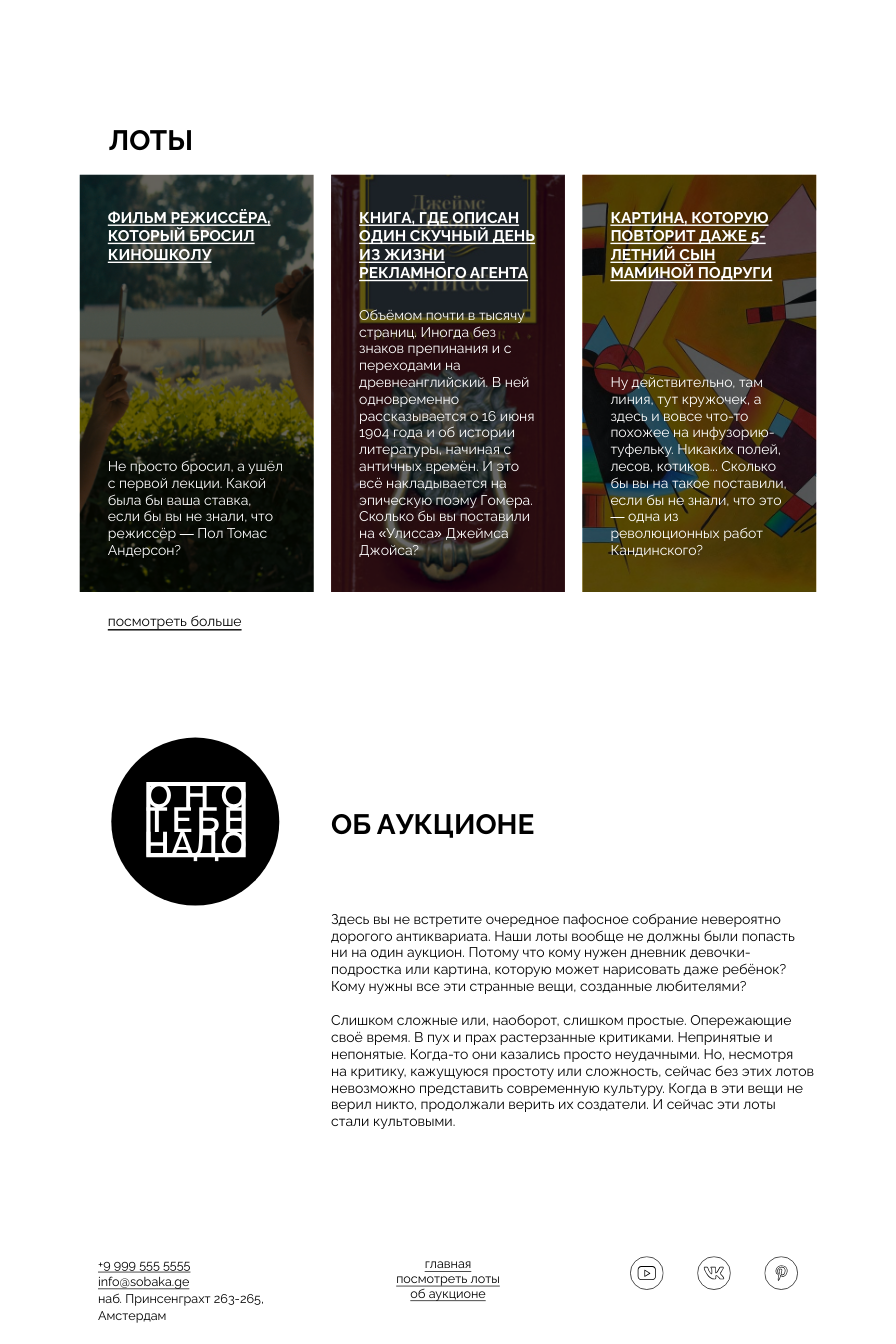
Repository: NikWolf75/ono-tebe-nado-fd
Page: index.html
An editor plug-in stored every save of this project. The page is shown before and after a run of saves, followed by the edit.
The browser window is 1280 px wide. The pictures show the part of the page from y = 1054 to 2974 px (the page is 3027 px tall before and 3143 px after), at 70% of full size.

Above is the page before, as saved 2024-12-18 15:51:39.

### index.html
<!DOCTYPE html>
<html lang="ru">
  <head>
    <meta charset="UTF-8">
    <meta http-equiv="X-UA-Compatible" content="IE=edge">
    <meta name="viewport" content="width=device-width, initial-scale=1.0">
    <link href="./fonts/fonts.css" rel="stylesheet">
    <link href="./styles/global.css" rel="stylesheet">
    <link href="./styles/style.css" rel="stylesheet">
    <title>Оно тебе надо — аукцион вещей, в которые никто не верил</title>
  </head>
  <body>
    <header class="header">
      <nav class="header__menu">
        <ul class="header__links-list">
          <li class="header__links-list-item header__links-list-item_no-bullit">
            <a class="header__link header__link-active" href="main">главная</a>
          </li>
          <li class="header__links-list-item">
            <a class="header__link" href="#lots">посмотреть лоты</a>
          </li>
          <li class="header__links-list-item">
            <a class="header__link" href="#about-lots">об аукционе</a>
          </li>
        </ul>
      </nav>
      <a class="header__logo">
        <img
          class="header__logo-image"
          src="./images/logo-black.svg"
          alt="Лого"
        >
      </a>
      <address class="address header__address">
        <a href="tel:+99995555555">+9 999 555 5555</a>
        <a href="mailto:info@sobaka.ge">info@sobaka.ge</a>
        <p> наб. Принсенграхт 263- 265, Амстердам</p>
      </address>
    </header>
    <main>
      <section class="cover">
        <div class="overlay"></div>
        <h1 class="cover__title">
          <span class="cover__main-text text-left">Оно</span>
          <span class="cover__main-text text-center">Тебе</span>
          <span class="cover__main-text text-right">Надо</span>
        </h1>
        <div class="cover__discription">
          <p class="cover__discription-text">Аукцион вещей, в которые никто не верил</p>
          <button class="bet-button">Сделать ставку</button>
        </div>
      </section>
      <section class="lots">
        <h2 class="lots__heading">Лоты</h2>
          <ul class="lots__card-list">
            <li class="lots__card-list-item">
                <article class="card card_type_film">
                  <div class="overlay"></div>
                  <h3 class="card__title">
                    Фильм режиссёра, который бросил киношколу
                  </h3>
                  <p class="card__text">
                    Не просто бросил, а ушёл
                    с первой лекции. Какой
                    была бы ваша ставка, если бы вы не знали, что
                    режиссёр — Пол Томас
                    Андерсон?
                  </p>
                </article>
            </li>
            <li class="lots__card-list-item">
                <article class="card card_type_book">
                  <div class="overlay"></div>
                  <h3 class="card__title">
                    Книга, где описан
                    один скучный день
                    из жизни
                    рекламного агента
                  </h3>
                  <p class="card__text">
                    Объёмом почти в тысячу
                    страниц. Иногда без
                    знаков препинания и с переходами на
                    древнеанглийский. В ней
                    одновременно
                    рассказывается о 16 июня
                    1904 года и об истории
                    литературы, начиная с
                    античных времён. И это
                    всё накладывается на
                    эпическую поэму Гомера.
                    Сколько бы вы поставили
                    на «Улисса» Джеймса
                    Джойса?
                  </p>
                </article>
            </li>
            <li class="lots__card-list-item">
                <article class="card card_type_picture">
                  <div class="overlay"></div>
                  <h3 class="card__title">
                    Картина, которую
                    повторит даже 5-
                    летний сын
                    маминой подруги
                  </h3>
                  <p class="card__text">
                    Ну действительно, там
                    линия, тут кружочек, а
                    здесь и вовсе что-то
                    похожее на инфузорию-
                    туфельку. Никаких полей,
                    лесов, котиков... Сколько
                    бы вы на такое поставили,
                    если бы не знали, что это
                    — одна из
                    революционных работ
                    Кандинского?
                  </p>
                </article>
            </li>
          </ul>
          <a class="lots__look-more-link" href="#main">посмотреть больше</a>
      </section>
      <section class="about" id="#about">
        <div class="about-lots__column">
          <div class="about__logo">
            <img
              class="about-lots__logo-image"
              src="./images/logo-white.svg"
              alt="Лого"
            >
          </div>
        </div>
        <div class="about-lots__column">
          <h2 class="about__title">Об аукционе</h2>
          <div class="about__text">
            <p>
              Здесь вы не встретите очередное пафосное собрание невероятно
              дорогого антиквариата. Наши лоты вообще не должны были попасть
              ни на один аукцион. Потому что кому нужен дневник девочки-
              подростка или картина, которую может нарисовать даже ребёнок?
              Кому нужны все эти странные вещи, созданные любителями?
            </p>
            <p>
              Слишком сложные или, наоборот, слишком простые. Опережающие
              своё время. В пух и прах растерзанные критиками. Непринятые
              и непонятые. Когда-то они казались просто неудачными. Но, несмотря
              <br>на критику, кажущуюся простоту или сложность, сейчас без этих
              лотов невозможно представить современную культуру. Когда в эти вещи не
              верил никто, продолжали верить их создатели. И сейчас эти лоты
              стали культовыми.
            </p>
          </div>
        </div>
      </section>
    </main>
    <footer class="footer">
      <address class="address">
        <a href="tel:+99995555555">+9 999 555 5555</a>
        <a href="mailto:info@sobaka.ge">info@sobaka.ge</a>
        <p> наб. Принсенграхт 263-265, Амстердам</p>
      </address>
      <nav class="footer__menu">
        <ul class="footer__menu-list">
          <li class="footer__menu-list-item">
            <a class="footer__menu-link footer__menu-link-active" href="#main">главная</a>
          </li>
          <li class="footer__menu-list-item">
            <a class="footer__menu-link" href="#lots">посмотреть лоты</a>
          </li>
          <li class="footer__menu-list-item">
            <a class="footer__menu-link" href="#about-lots">об аукционе</a>
          </li>
        </ul>
      </nav>
      <nav class="footer__social">
        <ul class="footer__social-list">
          <li class="footer__social-list-item">
            <a class="footer__social-link" href="#main">
              <img
                class="footer__social-icon"
                src="./images/yt.svg"
                alt="youtube"
              >
            </a>
          </li>
          <li class="footer__menu-list-item">
            <a class="footer__social-link" href="#main">
              <img
                class="footer__social-icon"
                src="./images/vk.svg"
                alt="vk"
              >
            </a>
          </li>
          <li class="footer__menu-list-item">
            <a class="footer__social-link" href="#main">
              <img
                class="footer__social-icon"
                src="./images/pinterest.svg"
                alt="pinterest"
              >
            </a>
          </li>
        </ul>
      </nav>
    </footer>
  </body>
</html>

### styles/global.css
*,
*::before,
*::after {
  box-sizing: border-box;
}

body {
  width: 1100px;
  margin: 0 auto;
  font-family: Raleway, sans-serif;
}

h1,
h2,
h3,
h4,
h5,
h6,
p,
ul,
ol,
li,
blockquote {
  margin: 0;
  padding: 0;
}

a {
  color: inherit;
}

img {
  width: 100%;
}

### styles/style.css
.header {
  display: grid;
  grid-template-columns: 1fr min-content 1fr;
  align-items: center;
  padding: 91px 50px 97px 51px;
  font-style: normal;
  font-size: 18px;
  font-weight: 400;
}

.header__links-list {
  display: flex;
  gap: 32px;
  list-style: circle;
}

.header__links-list-item_no-bullit {
  list-style: none;
}

.header__link {
  text-underline-position: under;
}

.header__link-active {
  text-decoration: none;
}

.header__logo {
  width: 148px;
  height: 105px;
  padding: 1px 6px 0 6px;
}

address {
  max-width: 240px;
  font-style: normal;
  line-height: 135%;
  text-underline-position: under;
}

.header__address {
  justify-self: end;
}

.cover {
  background-image: url(../images/cover.jpg);
  background-size: cover;
  background-repeat: no-repeat;
  background-position: center top;
  padding: 165px 0 50px 50px;
  display: flex;
  flex-direction: column;
  gap: 79px;
  position: relative;
}

.overlay {
  position: absolute;
  z-index: 1;
  top: 0;
  left: 0;
  width: 100%;
  height: 100%;
  background-color: rgb(0, 0, 0, 0.6);
}

.cover__title {
  position: relative;
  z-index: 2;
  font-weight: 700;
  font-size: 100px;
  letter-spacing: 0.3em;
  text-transform: uppercase;
  color: #fff;
}

.cover__main-text {
  display: block;
  line-height: 115%;
}

.text-left {
  text-align: start;
}

.text-center {
  text-align: center;
  padding: 20px 20px 12px 0;
}

.text-right {
  text-align: right;
  padding: 8px 20px 27px 0;
}

.cover__discription {
  z-index: 2;
  display: flex;
  align-items: center;
  justify-content: start;
  line-height: 140%;
  gap: 107px;
}

.cover__discription-text {
  font-size: 22px;
  color: #fff;
  word-spacing: 18.5px;
  line-height: 127%;
  white-space: nowrap;
  text-transform: uppercase;
}

.bet-button {
  font-family: Raleway, sans-serif;
  width: 256px;
  height: 51px;
  font-weight: 500;
  text-align: center;
  font-size: 22px;
  color: #fff;
  border: 1px solid #fff;
  text-transform: uppercase;
  background-color: transparent;
}

.lots {
  display: flex;
  flex-direction: column;
  padding: 181px 24px 150px 24px;
}

.lots__heading {
  font-weight: 700;
  font-size: 40px;
  text-transform: uppercase;
  margin: 0 0 26px 41px;
}

.lots__card-list {
  display: flex;
  justify-content: center;
  list-style: none;
  gap: 25px;
}

.lots__card-list-item {
  width: 334px;
  min-height: 596px;
  flex-grow: 1;
}

.card__link {
  display: block;
  text-decoration: none;
  height: 100%;
}

.card {
  position: relative;
  background-size: cover;
  background-repeat: no-repeat;
  background-position: center;
  display: flex;
  flex-direction: column;
  justify-content: space-between;
  padding: 48px 40px;
  height: 100%;
}

.card_type_film {
  background-image: url(../images/card-lot-01.jpg);
}

.card_type_book {
  background-image: url(../images/card-lot-02.jpg);
}

.card_type_picture {
  background-image: url(../images/card-lot-03.jpg);
}

.card__title {
  font-weight: 700;
  font-size: 22px;
  line-height: 120%;
  z-index: 2;
  text-transform: uppercase;
  text-decoration: underline;
  text-decoration-skip-ink: none;
  color: #fff;
}

.card__text {
  font-size: 20px;
  line-height: 120%;
  z-index: 2;
  color: #fff;
}

.lots__look-more-link {
  text-underline-position: under;
  font-weight: 400;
  font-size: 20px;
  color: #000;
  padding: 30px 0 4px 40px;
}

.about {
  display: grid;
  grid-template-columns: 330px auto;
  justify-items: center;
  padding: 0 27px 100px 24px;
  gap: 29px;
}

.about__logo {
  display: flex;
  justify-content: center;
  align-items: center;
  width: 240px;
  height: 240px;
  border-radius: 100%;
  background-color: #000;
}

.about-lots__logo-image {
  width: 148px;
  height: 114px;
}

.about__title {
  margin: 100px 0;
  font-size: 40px;
  font-weight: 700;
  font-style: normal;
  text-transform: uppercase;
}

.about__text {
  display: flex;
  flex-direction: column;
  gap: 25px;
  font-size: 20px;
  line-height: 120%;
}

.footer {
  padding: 81px 50px 0;
  display: grid;
  grid-template-columns: 1fr auto 1fr;
  font-size: 18px;
}

.address {
  font-style: normal;
  font-weight: 400;
  line-height: 135%;
  text-underline-position: under;
}

.footer__menu-list {
  display: flex;
  flex-direction: column;
  align-items: center;
  list-style: none;
  padding-bottom: 115px;
}

.footer__menu-link {
  text-underline-position: under;
}

.footer__menu-link_active {
  text-decoration: none;
}

.footer__social {
  justify-self: end;
}

.footer__social-list {
  display: flex;
  justify-content: space-between;
  gap: 48px;
  list-style: none;
}

.footer__social-list-item {
  height: 100%;
}

.footer__social-link {
  text-decoration: none;
}

.footer__social-icon {
  height: 48px;
}

Loaded but not shown: fonts/fonts.css (common file)

After the next 2 saves:
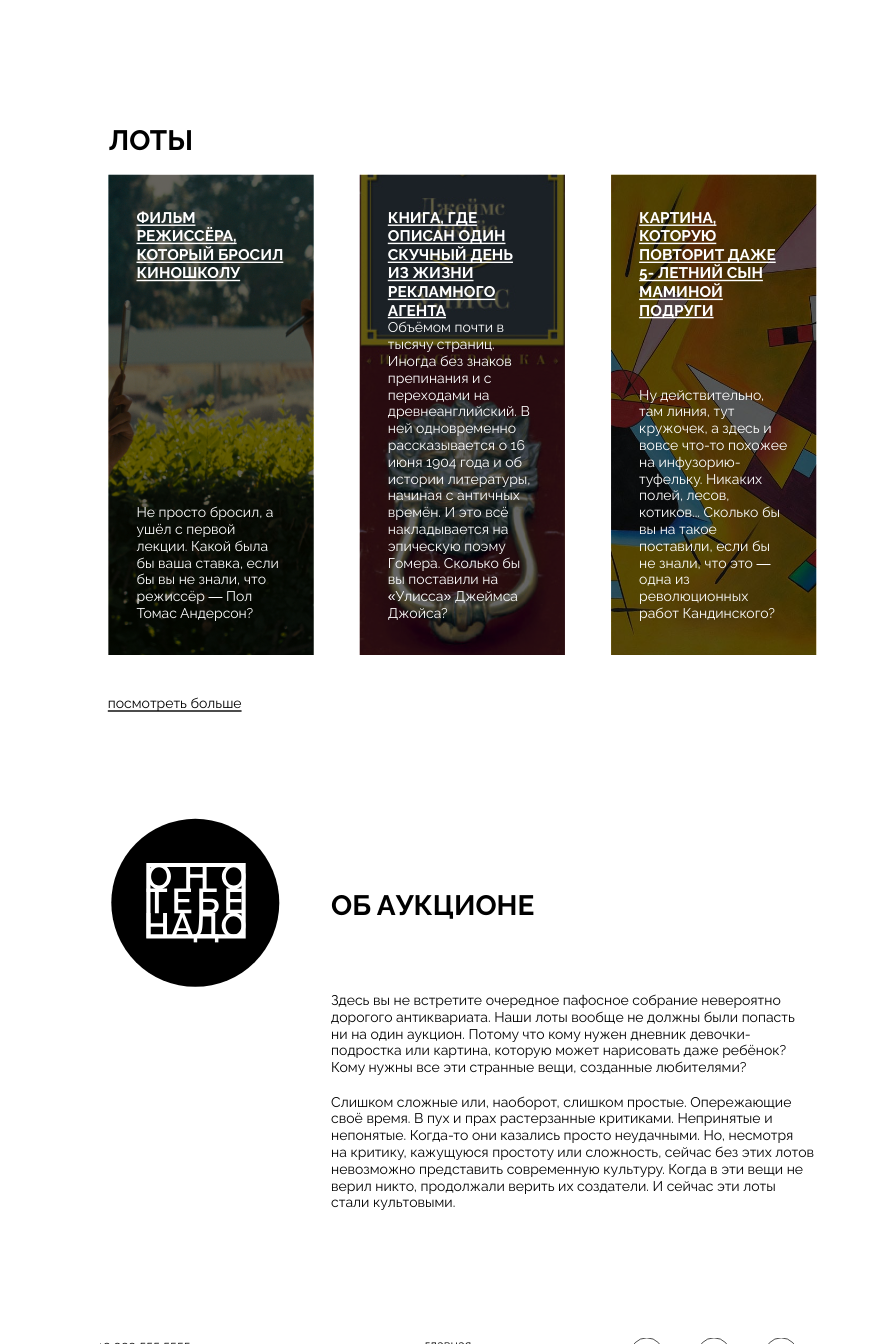
The 2 saves are shown as one change because they came seconds apart.
The last was saved 98 s later.
--- a/styles/style.css
+++ b/styles/style.css
@@ -149,6 +149,7 @@
   width: 334px;
   min-height: 596px;
   flex-grow: 1;
+  padding: 0 0 26px 41px;
 }
 
 .card__link {

After the save that followed:
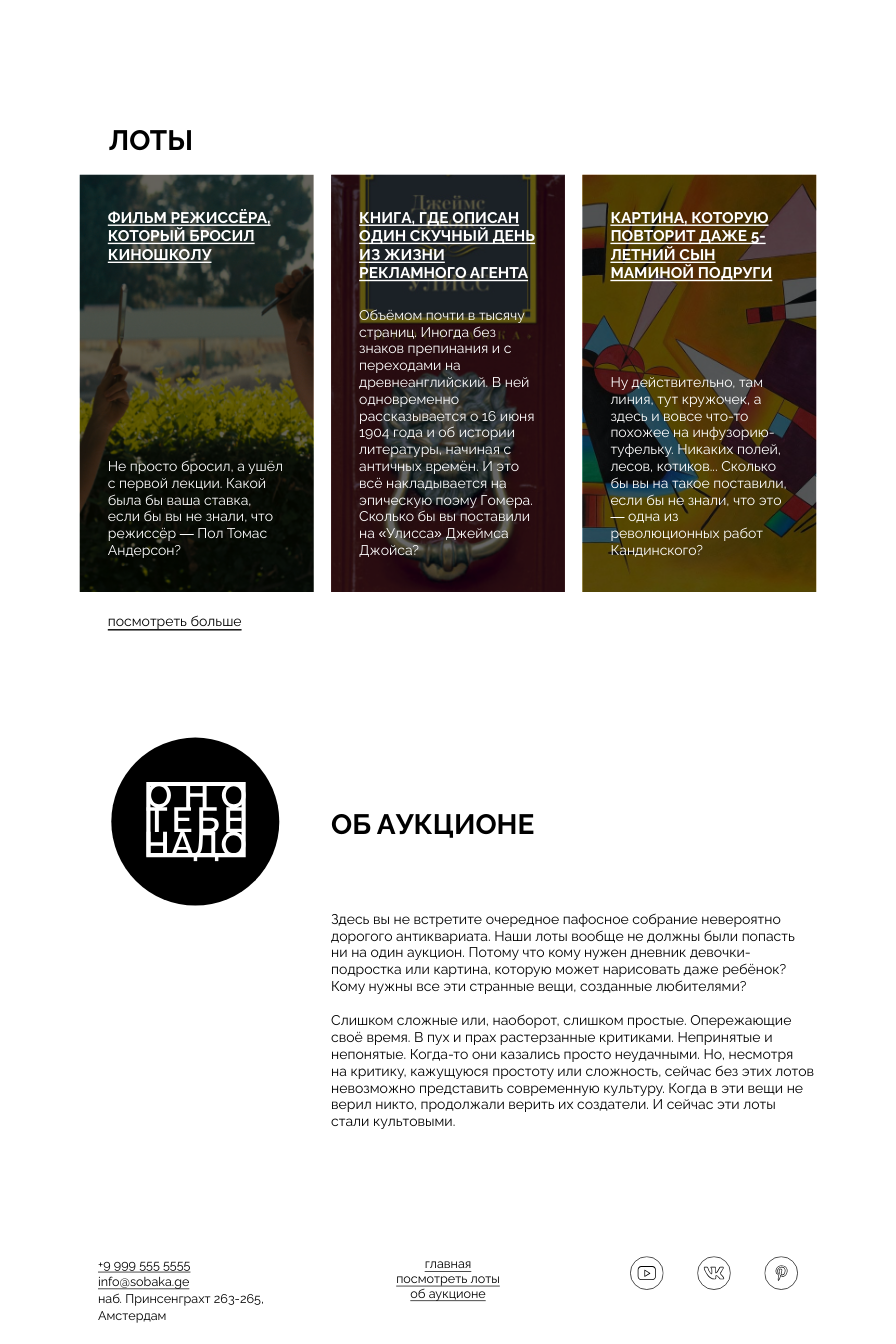
Saved 9 s later.
--- a/styles/style.css
+++ b/styles/style.css
@@ -149,7 +149,6 @@
   width: 334px;
   min-height: 596px;
   flex-grow: 1;
-  padding: 0 0 26px 41px;
 }
 
 .card__link {
